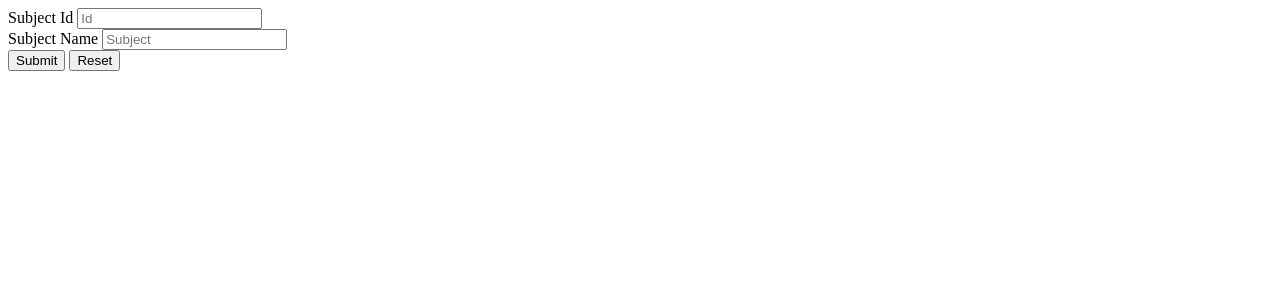
Repository: shubhamsingh331/Learners_Academy
Page: http://localhost/LearnersAcademy/Subjects/Subject.jsp
An editor plug-in stored every save of this project. The page is shown before and after the next save, followed by the edit.
The browser window is 1280 px wide. The pictures show the whole page.
The page is served by Tomcat 9. Other server files are loaded and not shown.

Above is the page before, as saved 2023-10-08 09:27:34.

### LearnersAcademy/src/main/webapp/Subjects/Subject.jsp
<%@ page language="java" contentType="text/html; charset=ISO-8859-1"
    pageEncoding="ISO-8859-1"%>
<!DOCTYPE html>
<html>
<head>
<meta charset="ISO-8859-1">
<title>Insert title here</title>
</head>
<body>
<form action="AddSubjects.jsp" method="post">
Subject Id <input type="text" placeholder="Id" name="id"><br>
Subject Name <input type="text" placeholder="Subject" name="subname"><br>
<input type="submit" value="Submit">
<input type="reset" value="Reset">
</form>
</body>
</html>

After the next save:
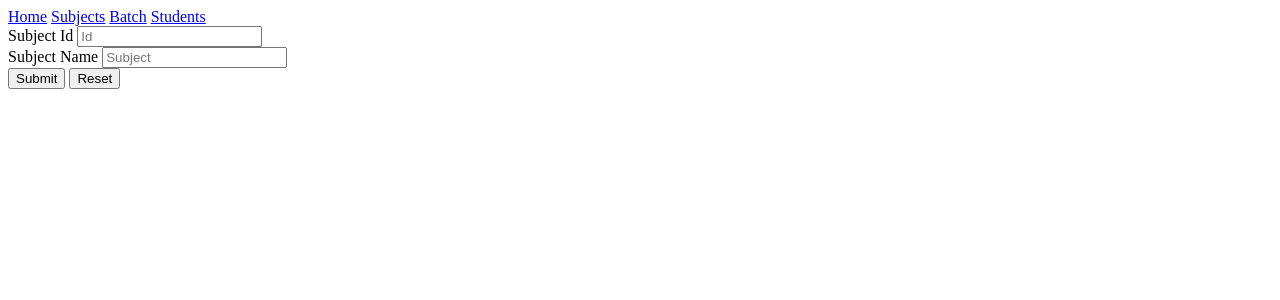
Saved 54 s later.
--- a/LearnersAcademy/src/main/webapp/Subjects/Subject.jsp
+++ b/LearnersAcademy/src/main/webapp/Subjects/Subject.jsp
@@ -7,6 +7,12 @@
 <title>Insert title here</title>
 </head>
 <body>
+<div class="topnav">
+  <a class="active" href="#home">Home</a>
+  <a href="Subject.jsp">Subjects</a>
+  <a href="#contact">Batch</a>
+  <a href="#about">Students</a>
+</div>
 <form action="AddSubjects.jsp" method="post">
 Subject Id <input type="text" placeholder="Id" name="id"><br>
 Subject Name <input type="text" placeholder="Subject" name="subname"><br>
